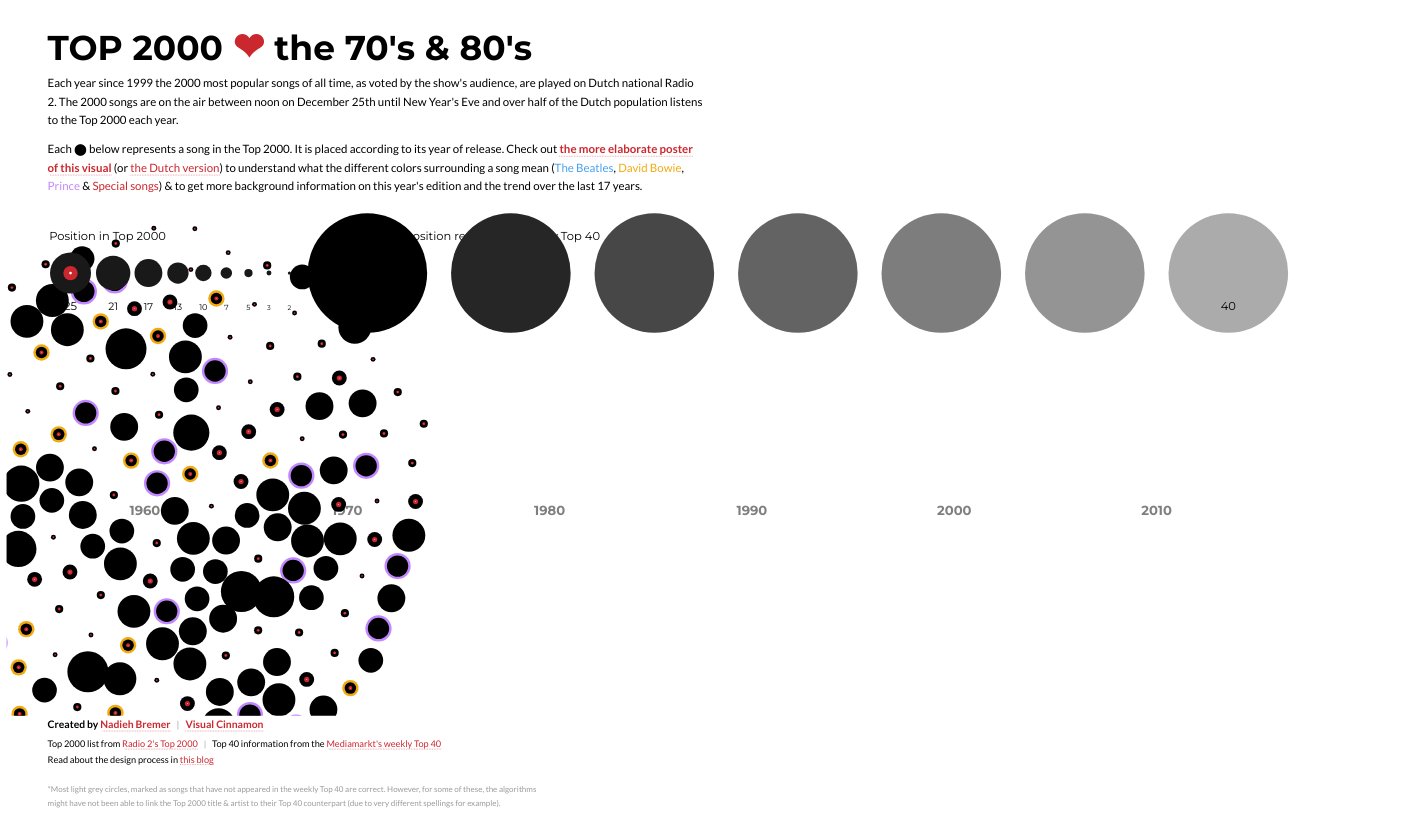
Repository: Limjohns/data_visualization
Page: index.html
These files come from the project's save history. The page is drawn as it stood at one moment and after the next save; the edit follows.
The browser window is 1280 px wide. The page is 1708 px wide, so the pictures cover 1708 px, including what lies to the right of the window. The pictures show the whole page, at 82% of full size.

Above is the page before, as saved 2023-05-16 10:42:34.

After the next save:
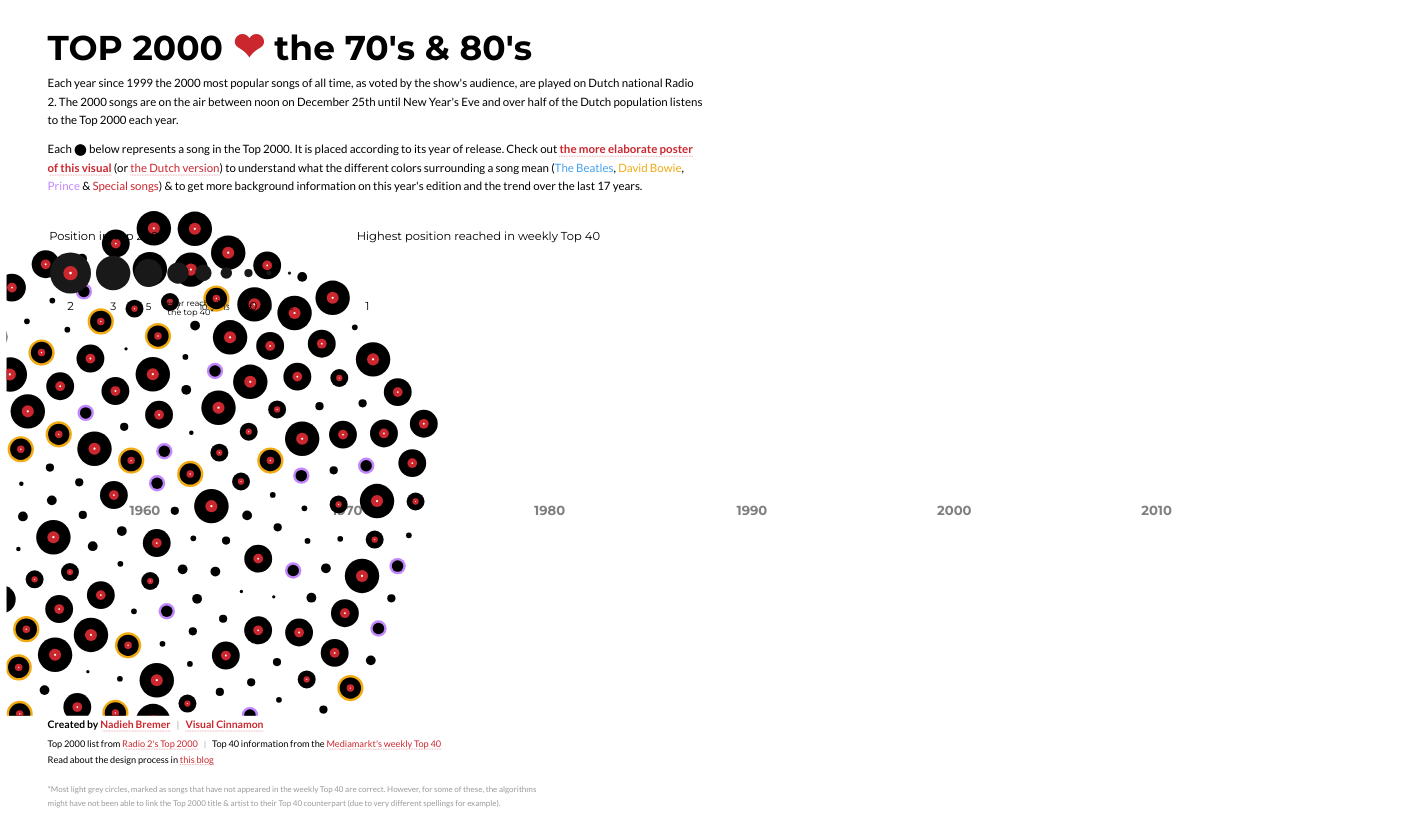
Saved 40 s later.
--- a/js/main.js
+++ b/js/main.js
@@ -39,8 +39,8 @@
 
 	var rScale = d3.scaleSqrt()
 		// .domain([1,10,25,50,100,250,500,1000,2000])
-		// .domain([2, 3, 5, 7, 10, 13, 17, 21, 25])
-		.domain([25,21,17,13,10,7,5,3,2])
+		.domain([2, 3, 5, 7, 10, 13, 17, 21, 25])
+		// .domain([25,21,17,13,10,7,5,3,2])
 		.range([25,21,17,13,10,7,5,3,2]);
 
 	var colorScale = d3.scaleLinear()

After the save that followed:
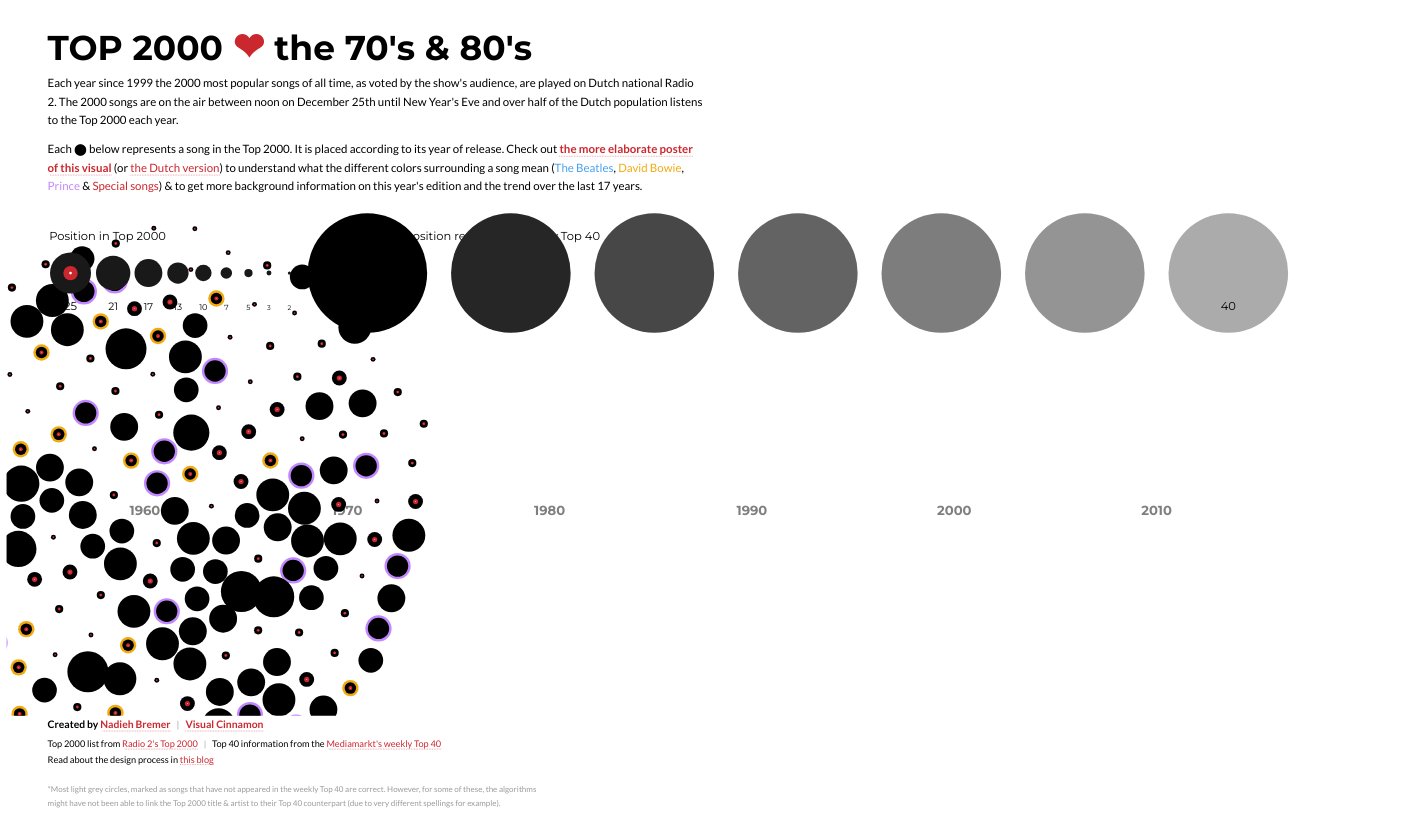
Saved 6 min 40 s later.
--- a/js/main.js
+++ b/js/main.js
@@ -39,8 +39,8 @@
 
 	var rScale = d3.scaleSqrt()
 		// .domain([1,10,25,50,100,250,500,1000,2000])
-		.domain([2, 3, 5, 7, 10, 13, 17, 21, 25])
-		// .domain([25,21,17,13,10,7,5,3,2])
+		// .domain([2, 3, 5, 7, 10, 13, 17, 21, 25])
+		.domain([25,21,17,13,10,7,5,3,2])
 		.range([25,21,17,13,10,7,5,3,2]);
 
 	var colorScale = d3.scaleLinear()
